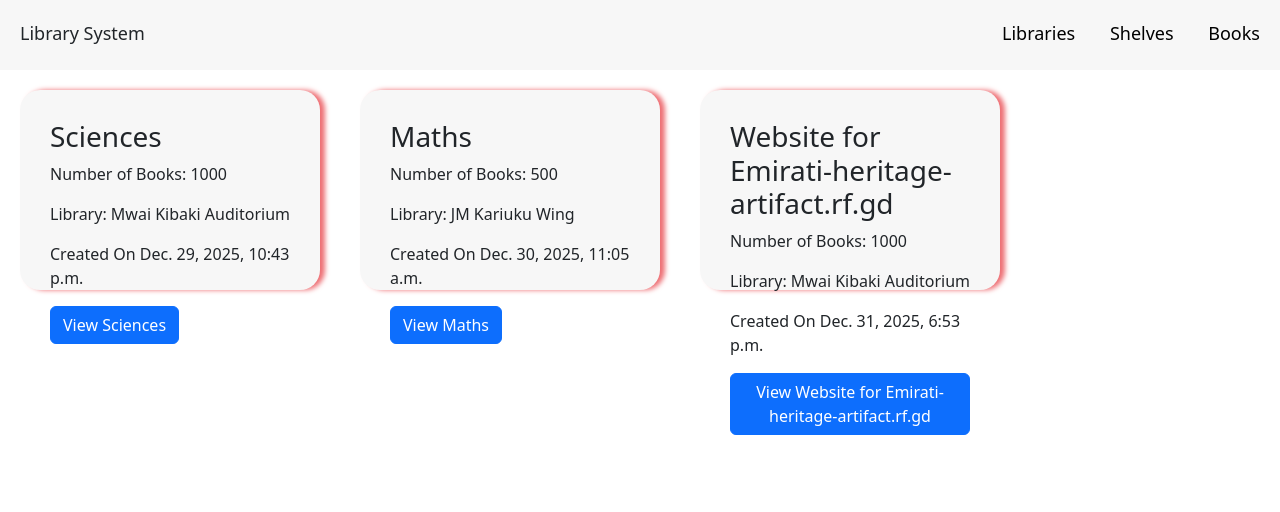
Repository: Mbote-Joseph/Library-Shelves-Books-Managements
Page: http://localhost/shelf
These files come from the project's save history. The page is drawn as it stood at one moment and after the next save; the edit follows.
The browser window is 1280 px wide. The pictures show the whole page.
The page is served by the project's application, run on Django 5.2 (manage.py). The page reads the database file committed with the project.

Above is the page before, as saved 2025-12-31 21:50:14.

After the next save:
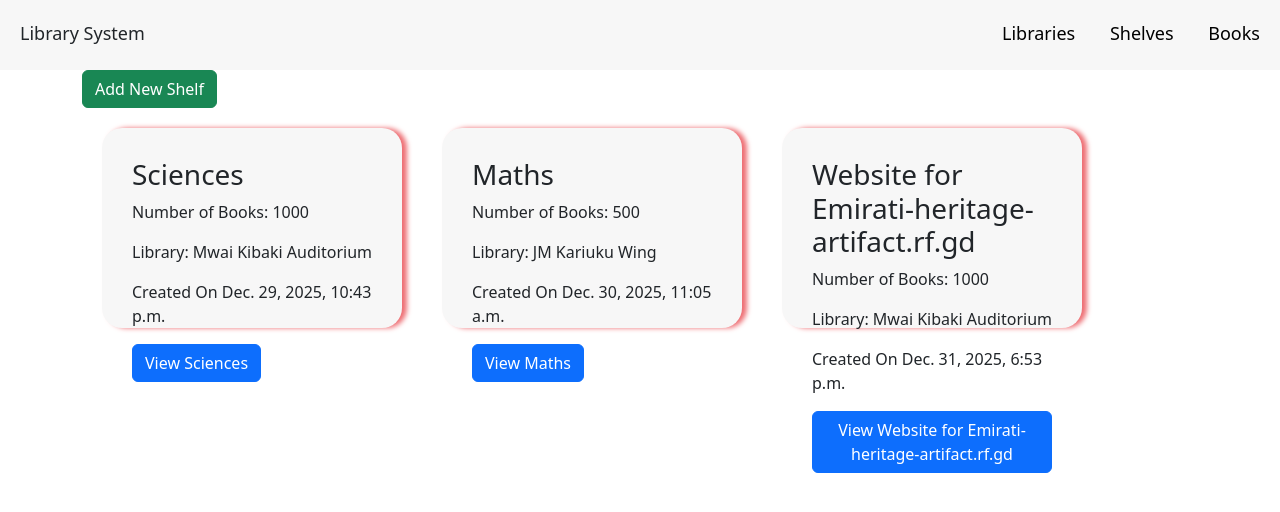
Saved 53 s later.
--- a/books/templates/books/shelf_view.html
+++ b/books/templates/books/shelf_view.html
@@ -6,6 +6,8 @@
 
 
 {% block content %}
+    <div class="container">
+         <a href="{% url 'shelf.create' %}" class="btn btn-success"> Add New Shelf </a>
     <div class="cards">
     {% for shelf in shelves %}
         <div class="shelf">
